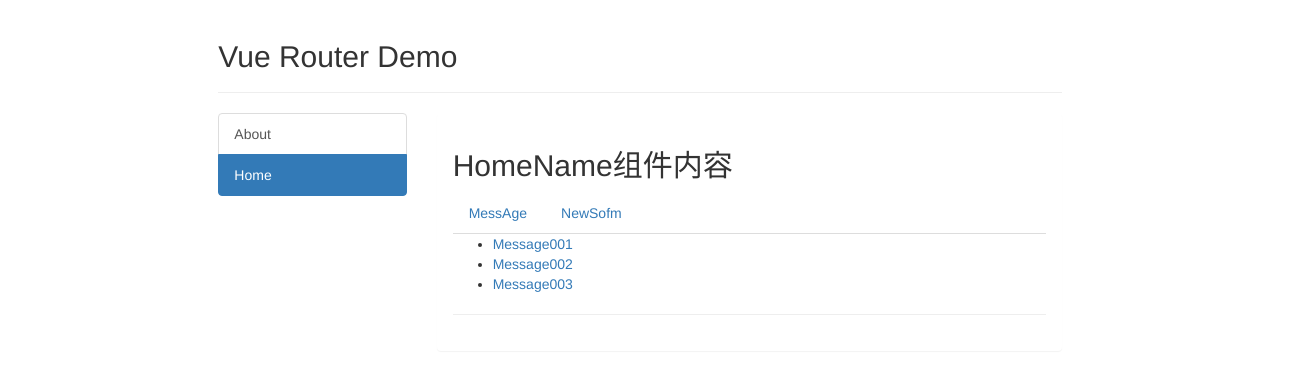
Repository: ldqml/vue.test
Page: /#/home/message (app in router/)
An editor plug-in stored every save of this project. The page is shown before and after the next save, followed by the edit.
The browser window is 1280 px wide. The page is 1295 px wide, so the pictures cover 1295 px, including what lies to the right of the window. The pictures show the whole page.
The project was rebuilt for these pictures with package versions that can differ from the ones it lists, and the page was loaded fresh each time. Also part of the build but not shown: router/vue.config.js, router/src/components/AboutName.vue, router/src/components/NewSofm.vue, router/src/components/QueryMessage.vue.

Above is the page before, as saved 2022-09-02 12:56:44.

### router/public/index.html
<!DOCTYPE html>
<html lang="">
  <head>
    <meta charset="utf-8">
    <meta http-equiv="X-UA-Compatible" content="IE=edge">
    <meta name="viewport" content="width=device-width,initial-scale=1.0">
    <link rel="icon" href="<%= BASE_URL %>favicon.ico">
    <link rel="stylesheet" href="<%= BASE_URL %>bootstrap.min.css">
    <title><%= htmlWebpackPlugin.options.title %></title>
  </head>
  <body>
    <noscript>
      <strong>We're sorry but <%= htmlWebpackPlugin.options.title %> doesn't work properly without JavaScript enabled. Please enable it to continue.</strong>
    </noscript>
    <div id="app"></div>
    <!-- built files will be auto injected -->
  </body>
</html>

### router/src/main.js
import Vue from 'vue'
import App from './App.vue'
import VueRouter from 'vue-router'
import router from './router'

Vue.config.productionTip = false
Vue.use(VueRouter)

new Vue({
  el:'#app',
  render: h => h(App),
  router: router
})

### router/src/App.vue
<template>
   <div>
    <div class="row">
      <div class="col-xs-offset-2 col-xs-8">
        <div class="page-header">
          <h2>Vue Router Demo</h2>
        </div>
      </div>
    </div>
    <div class="row">
      <div class="col-xs-2 col-xs-offset-2">
        <div class="list-group">
          <router-link replace class="list-group-item" active-class="active" to="/about">About</router-link>
          <router-link replace class="list-group-item" active-class="active" to="/home">Home</router-link>
        </div>
      </div>
      <div class="col-xs-6">
        <div class="panel">
          <div class="panel-body">
            <router-view></router-view>
          </div>
        </div>
      </div>
    </div>
   </div>
</template>

<script>

export default {
  name: 'App'
}
</script>

<style>

</style>

### router/src/router/index.js
import VueRouter from "vue-router"
import AboutName from '../components/AboutName'
import HomeName from '../components/HomeName'
import MessAge from '../components/MessAge'
import NewSofm from '../components/NewSofm'
import QueryMessage from '../components/QueryMessage'

export default new VueRouter({
    routes:[
        {path:'/about',
        component:AboutName
        },
        {path:'/home',
        component:HomeName,
        children:[
            {path:'message',
             component:MessAge,
             children:[
                {path:'querymessage',
                component:QueryMessage,
                name:'querymessage',
                props({query}){
                    return {id:query.id,title:query.title}
                }}
             ]
            },
            {path:'newsofm',
             component:NewSofm,
            }
        ]
        },
    ]
})

### router/src/components/HomeName.vue
<template>
  <div>
    <h2>HomeName组件内容</h2>
    <div>
      <ul class="nav nav-tabs">
      <li>
        <router-link active-class="active" to="/home/message">MessAge</router-link>
      </li>
      <li>
        <router-link active-class="active" to="/home/newsofm">NewSofm</router-link>
      </li>
    </ul>
    <router-view></router-view>
    </div>
  </div>
</template>

<script>
export default {
    name: "HomeName",
}
</script>

<style>

</style>

### router/src/components/MessAge.vue
<template>
  <div>
    <ul>
    <li v-for=" n in querylist" :key="n.id">
        <router-link :to="{
            path:'/home/message/querymessage',
            query:{
                id:n.id,
                title:n.title
            }
        }">
        {{n.title}}
        </router-link>
    </li>
  </ul>
  <hr>
  <router-view></router-view>
  </div>
</template>

<script>
export default {
    name:'MessAge',
    data(){
        return{
            querylist:[
                {id:'001',title:'Message001'},
                {id:'002',title:'Message002'},
                {id:'003',title:'Message003'}
            ]
        }
    }
}
</script>

<style>

</style>

Loaded but not shown: router/public/bootstrap.min.css (library)

After the next save:
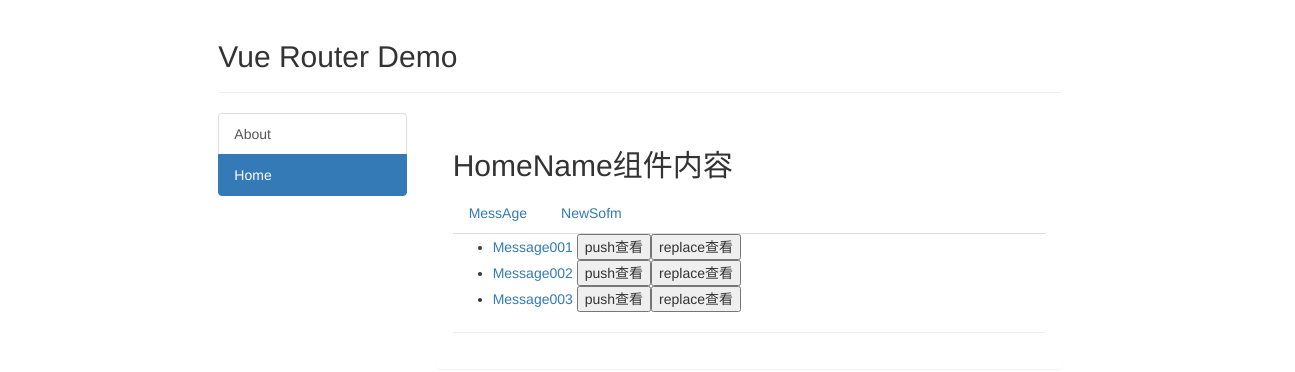
Saved 19 min 1 s later.
--- a/router/src/components/MessAge.vue
+++ b/router/src/components/MessAge.vue
@@ -11,6 +11,8 @@
         }">
         {{n.title}}
         </router-link>
+        <button>push查看</button>
+        <button>replace查看</button>
     </li>
   </ul>
   <hr>
